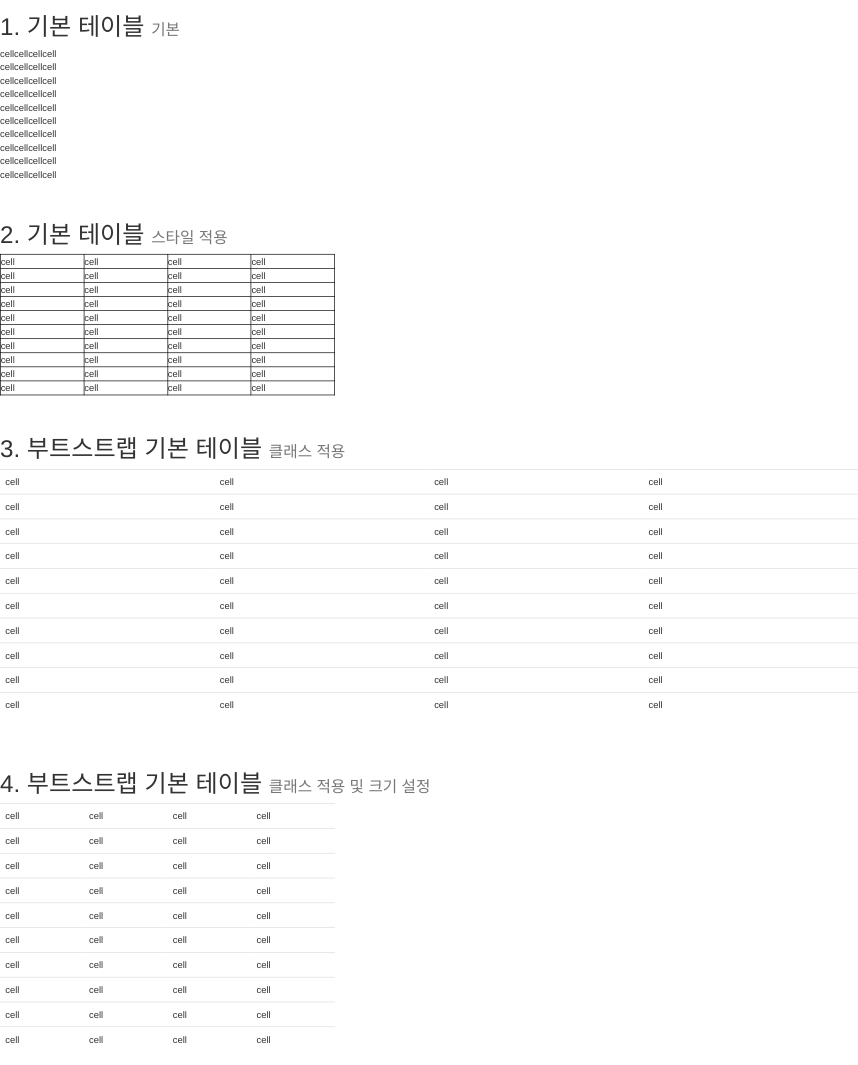
Repository: abbyinkr/BootstrapStudy
Page: BootStrapWork/WebContent/BootEx02.html
An editor plug-in stored every save of this project. The page is shown before and after the next save, followed by the edit.
The browser window is 1280 px wide. The pictures show the whole page, at 67% of full size.

Above is the page before, as saved 2021-07-01 03:35:23.

After the next save:
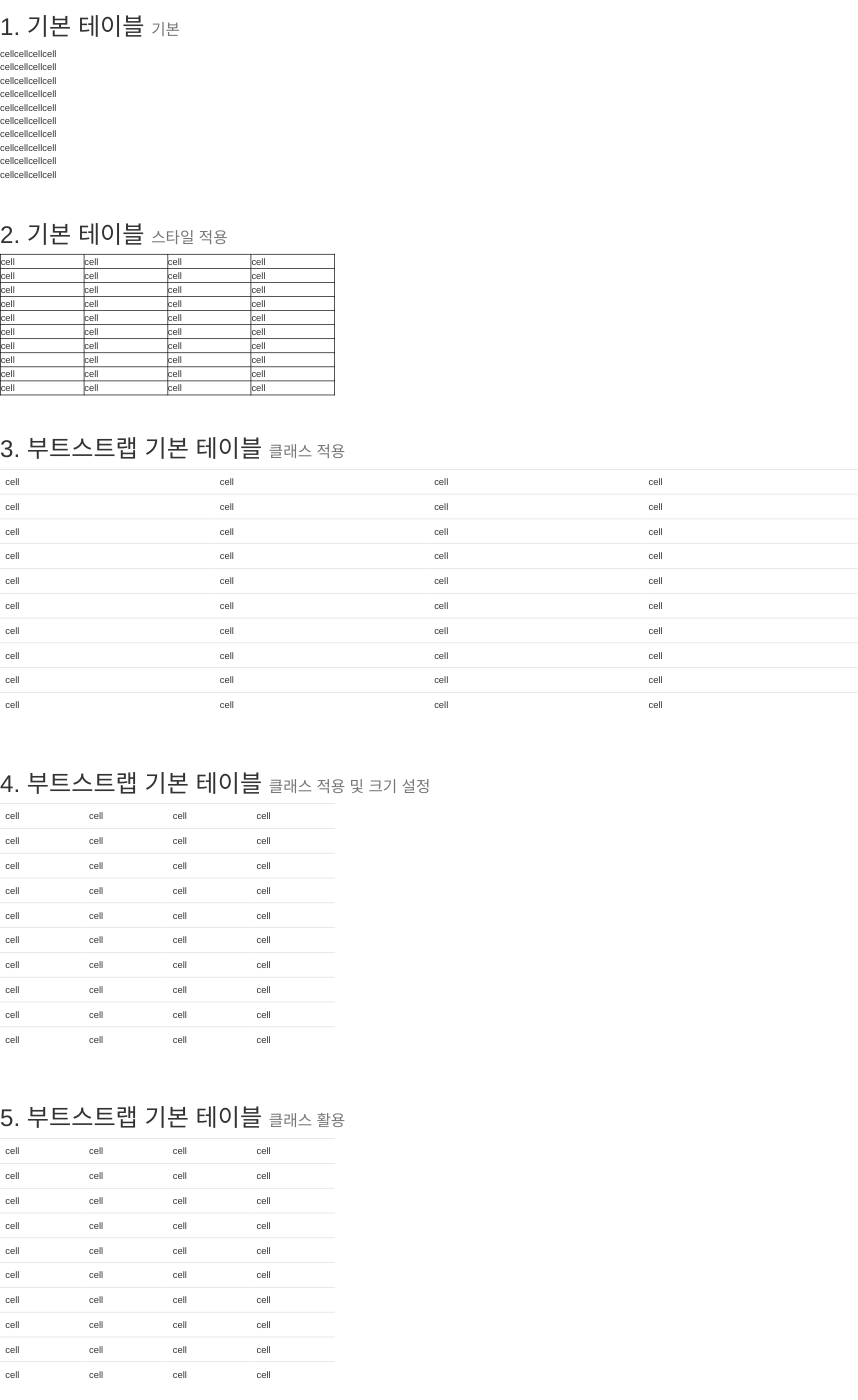
Saved 67 s later.
--- a/BootStrapWork/WebContent/BootEx02.html
+++ b/BootStrapWork/WebContent/BootEx02.html
@@ -301,6 +301,75 @@
 	</tr>
 </table>
 
+<br /><br />
+
+<h1>5. 부트스트랩 기본 테이블 <small>클래스 활용</small> </h1>
+
+<!-- table>(tr>td{cell}*4)*10 -->
+<table class="table" style="width: 500px;">
+	<tr>
+		<td>cell</td>
+		<td>cell</td>
+		<td>cell</td>
+		<td>cell</td>
+	</tr>
+	<tr>
+		<td>cell</td>
+		<td>cell</td>
+		<td>cell</td>
+		<td>cell</td>
+	</tr>
+	<tr>
+		<td>cell</td>
+		<td>cell</td>
+		<td>cell</td>
+		<td>cell</td>
+	</tr>
+	<tr>
+		<td>cell</td>
+		<td>cell</td>
+		<td>cell</td>
+		<td>cell</td>
+	</tr>
+	<tr>
+		<td>cell</td>
+		<td>cell</td>
+		<td>cell</td>
+		<td>cell</td>
+	</tr>
+	<tr>
+		<td>cell</td>
+		<td>cell</td>
+		<td>cell</td>
+		<td>cell</td>
+	</tr>
+	<tr>
+		<td>cell</td>
+		<td>cell</td>
+		<td>cell</td>
+		<td>cell</td>
+	</tr>
+	<tr>
+		<td>cell</td>
+		<td>cell</td>
+		<td>cell</td>
+		<td>cell</td>
+	</tr>
+	<tr>
+		<td>cell</td>
+		<td>cell</td>
+		<td>cell</td>
+		<td>cell</td>
+	</tr>
+	<tr>
+		<td>cell</td>
+		<td>cell</td>
+		<td>cell</td>
+		<td>cell</td>
+	</tr>
+</table>
+
+
 
 
 </body>
